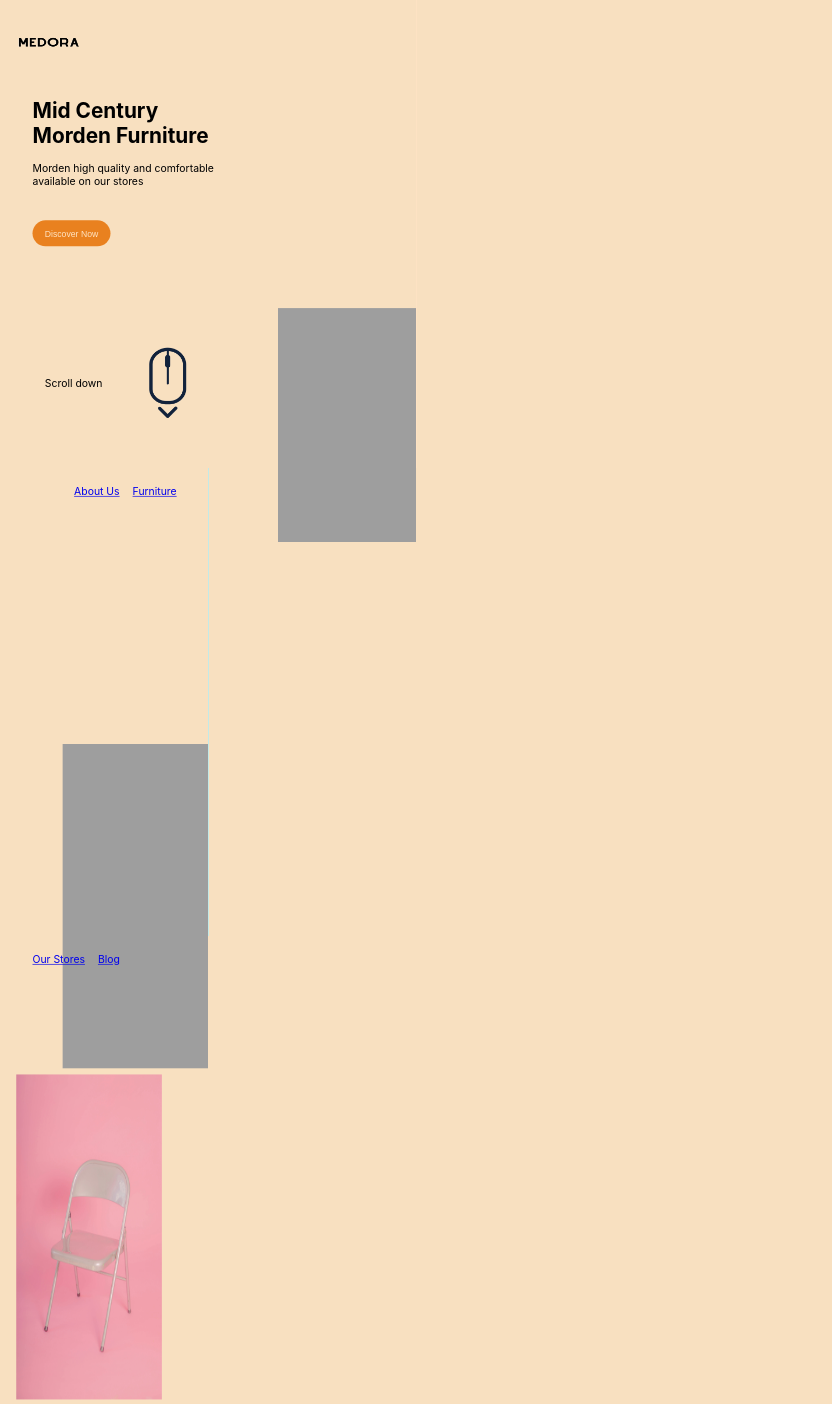
Repository: SbuKhoza/medora
Page: /
An editor plug-in stored every save of this project. The page is shown before and after the next save, followed by the edit.
The browser window is 1280 px wide. The pictures show the whole page, at 65% of full size.
Pictures or frames that could not be fetched are drawn as grey boxes. The project was rebuilt for these pictures with package versions that can differ from the ones it lists, and the page was loaded fresh each time.

Above is the page before, as saved 2024-07-12 09:02:49.

After the next save:
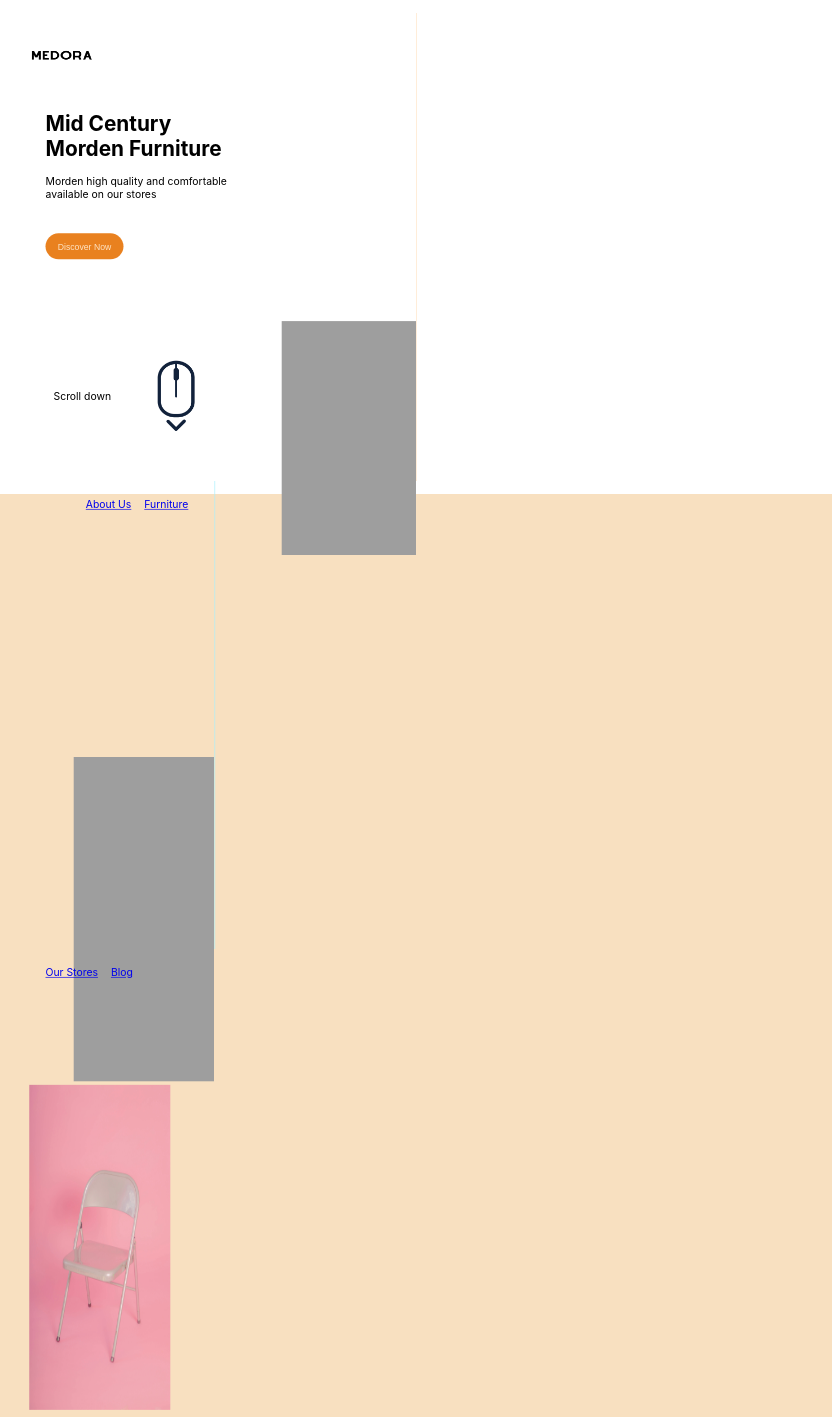
Saved 4 s later.
--- a/src/App.css
+++ b/src/App.css
@@ -5,7 +5,7 @@ body {
 .container {
   display: flex;
   height: 100vh;
-  padd
+  padding: 20px;
   background-color: rgb(255, 255, 255);
 
 }
